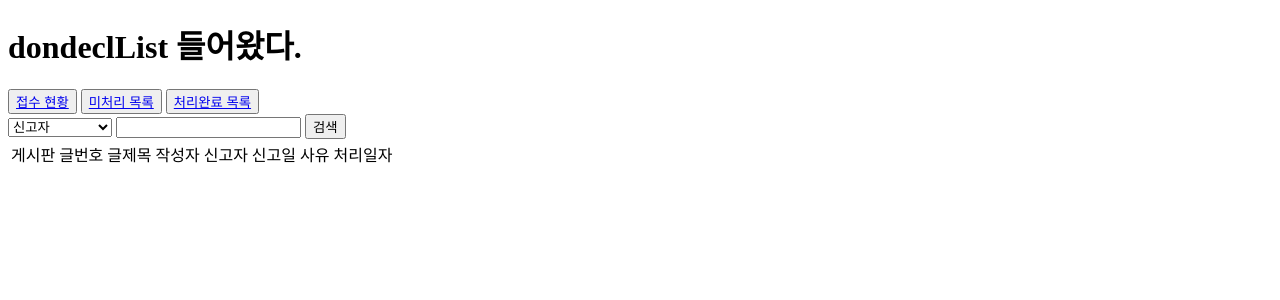
Repository: banana1531/ggs
Page: http://localhost/ggs/WEB-INF/views/admin/dondeclList.jsp
The author's editor kept a copy of each file at every save. The page is drawn from the files as they stood at one save, then again after the next save.
The browser window is 1280 px wide. The pictures show the whole page.
The page is served by Tomcat 9. Nobody is signed in. The template is opened directly, without the code that normally fills it, so the values that code supplies are empty.

Above is the page before, as saved 2020-07-11 06:16:06.

After the next save:
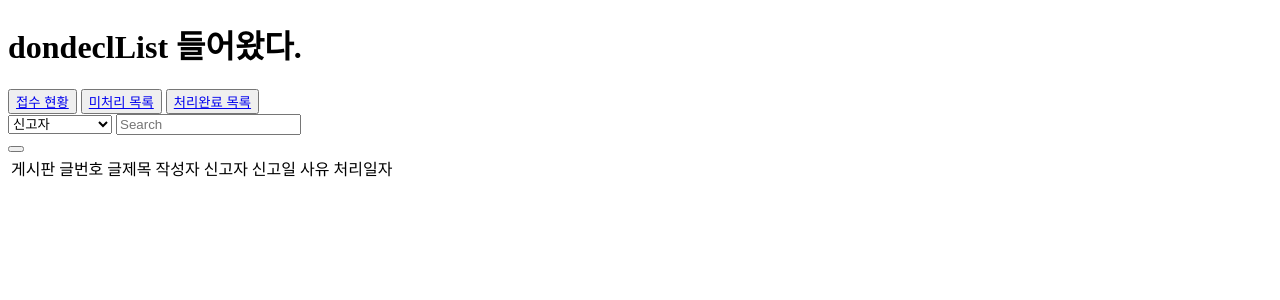
Saved 117 s later.
--- a/99s/ggs/src/main/webapp/WEB-INF/views/admin/dondeclList.jsp
+++ b/99s/ggs/src/main/webapp/WEB-INF/views/admin/dondeclList.jsp
@@ -16,15 +16,22 @@
    </div>
    <div class="container">
 		<nav class="navbar navbar-right">
-			<form class="form" action="/admin/declSearch.gg">
-				<select name="option" class="btn btn-default">
-					<option value="id">신고자</option>
-					<option value="writer">작성자</option>
-					<option value="idAndWriter">신고자+작성자</option>
-					<option value="title">제목</option>
-					<option value="content">내용</option>
-				</select> <input type="text" name="name" class="form-control">
-				<button class="btn">검색</button>
+			<form action="/admin/declSearch.gg">
+				<div class="input-group">
+					<select name="option" class="btn btn-default">
+						<option value="id">신고자</option>
+						<option value="writer">작성자</option>
+						<option value="idAndWriter">신고자+작성자</option>
+						<option value="title">제목</option>
+						<option value="content">내용</option>
+					</select> <input type="text" class="form-control" placeholder="Search"
+						name="search">
+					<div class="input-group-btn">
+						<button class="btn btn-default" type="submit">
+							<i class="glyphicon glyphicon-search"></i>
+						</button>
+					</div>
+				</div>
 			</form>
 		</nav>
 		<table class="table">

After the save that followed:
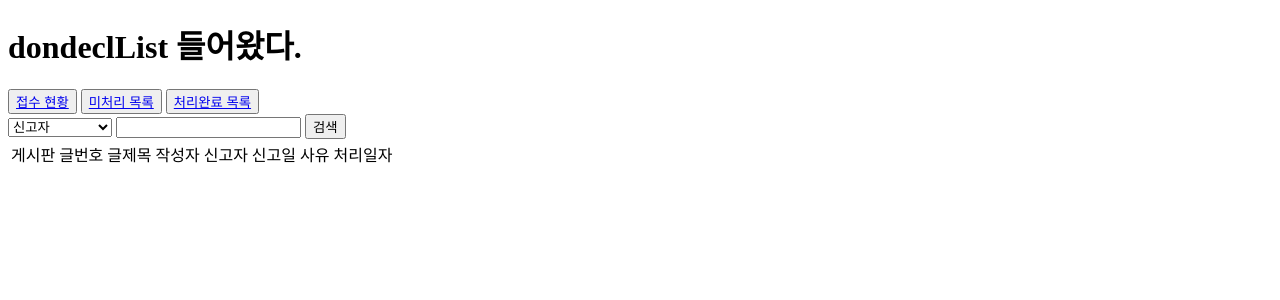
Saved 2 min 22 s later.
--- a/99s/ggs/src/main/webapp/WEB-INF/views/admin/dondeclList.jsp
+++ b/99s/ggs/src/main/webapp/WEB-INF/views/admin/dondeclList.jsp
@@ -16,22 +16,17 @@
    </div>
    <div class="container">
 		<nav class="navbar navbar-right">
-			<form action="/admin/declSearch.gg">
-				<div class="input-group">
-					<select name="option" class="btn btn-default">
-						<option value="id">신고자</option>
-						<option value="writer">작성자</option>
-						<option value="idAndWriter">신고자+작성자</option>
-						<option value="title">제목</option>
-						<option value="content">내용</option>
-					</select> <input type="text" class="form-control" placeholder="Search"
-						name="search">
-					<div class="input-group-btn">
-						<button class="btn btn-default" type="submit">
-							<i class="glyphicon glyphicon-search"></i>
-						</button>
-					</div>
-				</div>
+			<form action="/admin/declSearch.gg" class="form-inline">
+
+				<select name="option" class="btn btn-default">
+					<option value="id">신고자</option>
+					<option value="writer">작성자</option>
+					<option value="idAndWriter">신고자+작성자</option>
+					<option value="title">제목</option>
+					<option value="content">내용</option>
+				</select> <input type="text" name="name" class="form-control">
+				<button class="btn">검색</button>
+
 			</form>
 		</nav>
 		<table class="table">
